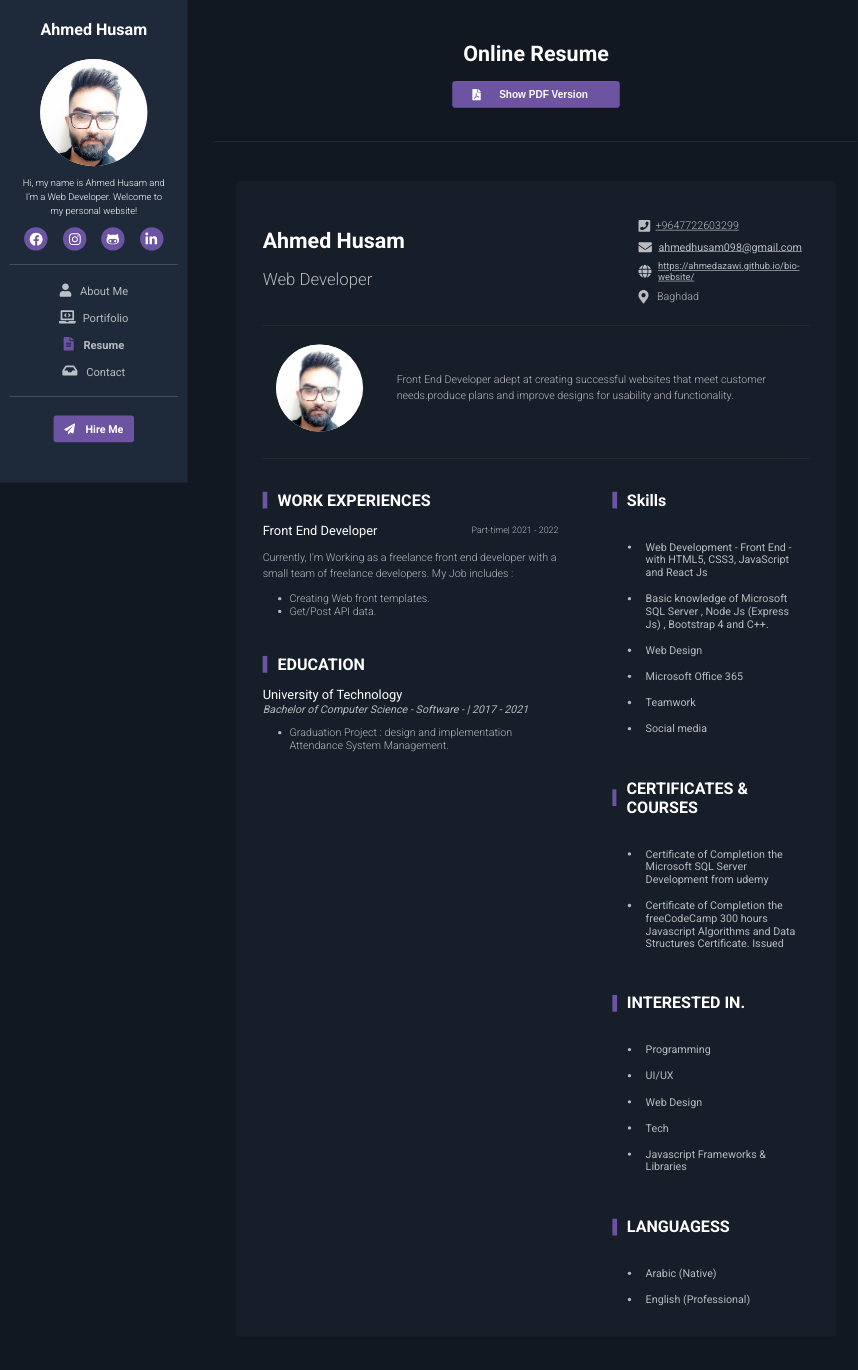
Repository: ahmedazawi/bio-website
Page: /bio-website/resume
An editor plug-in stored every save of this project. The page is shown before and after the next save, followed by the edit.
The browser window is 1280 px wide. The pictures show the whole page, at 67% of full size.
The project was rebuilt for these pictures with package versions that can differ from the ones it lists, and the page was loaded fresh each time. Also part of the build but not shown: src/assets/css/routes-files/about-me.css, src/components/home/Head.js, src/assets/css/routes-files/cards.css, src/components/home/Card.js, src/components/home/Cards.js, src/components/home/PojectsCard.js, src/components/home/Projects.js, src/views/AboutMe.js and 2 more.

Above is the page before, as saved 2022-08-05 11:34:12.

### public/index.html
<!DOCTYPE html>
<html lang="en">

<head>
  <meta charset="utf-8" />
  <link rel="icon" href="%PUBLIC_URL%/favicon.ico" />
  <!-- <meta name="viewport" content="width=device-width, initial-scale=1" /> -->
  <meta name="viewport" content="width=device-width">
  <meta name="theme-color" content="#000000" />
  <meta name="description" content="Web site created using create-react-app" />
  <link href="https://fonts.googleapis.com/css?family=Roboto:300,400,500,700" rel="stylesheet">
  <!--
      manifest.json provides metadata used when your web app is installed on a
      user's mobile device or desktop. See https://developers.google.com/web/fundamentals/web-app-manifest/
    -->
  <link rel="manifest" href="%PUBLIC_URL%/manifest.json" />
  <!--
      Notice the use of %PUBLIC_URL% in the tags above.
      It will be replaced with the URL of the `public` folder during the build.
      Only files inside the `public` folder can be referenced from the HTML.

      Unlike "/favicon.ico" or "favicon.ico", "%PUBLIC_URL%/favicon.ico" will
      work correctly both with client-side routing and a non-root public URL.
      Learn how to configure a non-root public URL by running `npm run build`.
    -->

  <title>Bio</title>
</head>

<body>
  <noscript>You need to enable JavaScript to run this app.</noscript>
  <div id="root"></div>
  <!--
      This HTML file is a template.
      If you open it directly in the browser, you will see an empty page.

      You can add webfonts, meta tags, or analytics to this file.
      The build step will place the bundled scripts into the <body> tag.

      To begin the development, run `npm start` or `yarn start`.
      To create a production bundle, use `npm run build` or `yarn build`.
    -->

</body>

</html>

### src/App.js
import "./assets/css/App.css";
import Sidebar from "./components/Sidebar";
import AboutMe from "./views/AboutMe";
import Resume from "./views/Resume";
import Portifolio from "./views/Portifolio";
import Contact from "./views/Contact";
import { BrowserRouter, Switch, Route } from "react-router-dom";

function App() {
  return (
    <div className="app">
      <BrowserRouter basename="/bio-website">
        <Sidebar />
        <div className="side-line">
          <Switch>
            <Route exact path="/" component={AboutMe} />
            <Route path="/resume" component={Resume} />
            <Route path="/portifolio" component={Portifolio} />
            <Route path="/contact" component={Contact} />
          </Switch>
        </div>
      </BrowserRouter>
    </div>
  );
}

export default App;

### src/assets/css/App.css
body {
  margin: 0;
  background: rgba(17, 24, 33);
  color: white;
  font-family: "Roboto";
  /* height: 100%; */
}
.app {
  display: flex;
  flex-direction: row;
  justify-content: flex-start;
}
.side-line {
  margin-left: 320px;
  width: 100%;
}
@media only screen and (max-width: 768px) {
  .app {
    flex-direction: column;
  }
  .side-line {
    margin-left: 0;
  }
}
.primary-btn {
  display: flex;
  flex-direction: row;
  border: none;
  color: rgba(255, 255, 255);
  cursor: pointer;
  width: 180px;
  height: 40px;
  background-color: rgb(108, 84, 162);
  justify-content: center;
  align-items: center;
  border-radius: 5px;
  font-weight: 300;
  transition: all 0.5s;
}
.primary-btn > span {
  margin-left: 10px;
  font-weight: bold;
  font-style: normal;
  font-size: 15px;
}
.primary-btn:hover {
  background-color: rgba(108, 84, 162, 0.8);
  transition: all 0.5s;
}
.secondary-btn {
  display: flex;
  flex-direction: row;
  border: none;
  color: rgba(255, 255, 255);
  cursor: pointer;
  width: 180px;
  height: 40px;
  background-color: rgb(48, 68, 91, 0.6);
  justify-content: center;
  align-items: center;
  border-radius: 5px;
  font-weight: 300;
  transition: all 0.5s;
}
.secondary-btn > span {
  margin-left: 10px;
  font-weight: bold;
  font-style: normal;
  font-size: 15px;
}
.secondary-btn:hover {
  background-color: rgb(48, 68, 91, 1);
  transition: all 0.5s;
}
/* ----------- portifolio & Contact page  ------------*/
.portifolio-header {
  display: flex;
  flex-direction: column;
  align-items: center;
  width: 100%;
}
.portifolio-header > h1 {
  margin-top: 60px;
}
.portifolio-header > p,
span {
  text-align: center;
  width: 70%;
  line-height: 1.5em;
  font-weight: lighter;
  color: rgb(184, 186, 189);
  margin: 0;
}
.portifolio-header > p > a {
  color: rgb(108, 84, 162);
  text-decoration: none;
  font-size: 18px;
}
.portifolio-header > p > a:hover {
  text-decoration: underline;
}
.portifolio-header .contact-icons {
  display: flex;
  flex-direction: row;
  flex-wrap: wrap;
  justify-content: space-between;
  width: 250px;
}
/* ----------------- */
/* ------------ resume page ------------ */
.resume {
  display: flex;
  flex-direction: column;
  align-items: center;
  justify-content: center;
  background-color: rgb(21, 30, 41);
  width: 85%;
  height: 100%;
  padding: 20px 40px;
  margin: 50px 0;
  border-radius: 5px;
}
.resume-head {
  display: flex;
  flex-direction: row;
  justify-content: flex-start;
  align-items: center;
  width: 100%;
}
.resume-head div:first-of-type {
  width: 80%;
}
.resume-head .resume-contact {
  margin-top: 25px;
  padding: 5px;
  display: flex;
  flex-direction: column;
  align-items: flex-start;
  color: rgb(185, 188, 191);
}

.resume-head .resume-contact > div {
  display: flex;
  flex-direction: row;
  align-items: center;
  padding: 5px 0;
  border-left: 1px solid rgb(30, 30, 43);
}
.resume-introduction {
  display: flex;
  flex-direction: row;
  align-items: center;
  padding: 20px;
}
.resume-intro-p {
  margin-left: 50px;
}
.resume-intro-p p {
  line-height: 1.5em;
  font-weight: lighter;
  color: rgb(184, 186, 189);
}

.resume-description {
  display: flex;
  flex-direction: row;
  justify-content: flex-start;
  width: 100%;
}

.resume-description p,
small {
  line-height: 1.5em;
  font-weight: lighter;
  color: rgb(184, 186, 189);
}
.resume-description big {
  color: white;
}
.resume-section-one {
  width: 60%;
  display: flex;
  flex-direction: column;
}
.resume-section-two {
  width: 40%;
  margin-left: 80px;
}
.resume-title {
  display: flex;
  flex-direction: row;
  align-items: center;
  margin-top: 20px;
}
.resume-title > div {
  width: 7px;
  height: 25px;
  background-color: rgb(108, 84, 162);
  margin-right: 15px;
}
.resume-inside-title {
  display: flex;
  flex-direction: row;
  align-items: center;
  justify-content: space-between;
}
.section-two-divs {
  display: flex;
  flex-direction: column;
  justify-content: flex-start;
  color: rgb(184, 186, 189);
}
.section-two-divs > ul > li {
  padding: 10px;
}
@media only screen and (max-width: 1060px) {
  .resume-description {
    flex-direction: column;
  }
  .resume-section-one {
    width: 100%;
    display: flex;
    flex-direction: column;
  }
  .resume-section-two {
    width: 100%;
    margin-left: 0;
  }
}
@media only screen and (max-width: 600px) {
  .resume {
    width: 70vw;
  }
  .resume-head {
    flex-direction: column;
    justify-content: center;
    align-items: flex-start;
    width: 100%;
  }
  .resume-introduction {
    flex-direction: column;
  }
  .resume-intro-p {
    margin-left: 0;
  }
  .resume-intro-p p {
    line-height: 1.5em;
    font-weight: lighter;
    color: rgb(184, 186, 189);
    text-align: center;
  }
}
@media only screen and (max-width: 300px) {
  .resume-contact > div {
    margin: 0;
    flex-wrap: wrap;
  }
  .resume-head {
    padding: 0;
  }
}

### src/views/Resume.js
import React from "react";
import Img from "../assets/images/20211023_173933.jpg";
import { FontAwesomeIcon } from "@fortawesome/react-fontawesome";
import {
  faFilePdf,
  faPhoneSquare,
  faEnvelope,
  faGlobe,
  faMapMarkerAlt,
} from "@fortawesome/free-solid-svg-icons";
const Resume = () => {
  return (
    <div
      style={{
        display: "flex",
        flexDirection: "column",
        alignItems: "center",
      }}
    >
      <div
        style={{
          display: "flex",
          flexDirection: "column",
          alignItems: "center",
          marginTop: "40px",
        }}
      >
        <h1>Online Resume</h1>
        <a
          href="https://drive.google.com/file/d/15pAaGeQzM7rIs7e_jr2EU6NALuMMxu7G/view?usp=sharing"
          style={{
            textDecoration: "none",
          }}
        >
          <button
            style={{ width: "250px", color: "white" }}
            className="primary-btn"
          >
            <FontAwesomeIcon icon={faFilePdf} size="lg" />
            <span style={{ color: "white" }}>Show PDF Version</span>
          </button>
        </a>
      </div>
      <hr
        style={{
          width: "100%",
          marginTop: "50px",
          border: "none",
          height: "1px",
          backgroundColor: "rgb(49, 48, 48)",
        }}
      />

      {/* -------------- */}
      <div className="resume">
        <div className="resume-head">
          <div>
            <h1>Ahmed Husam</h1>
            <span style={{ fontSize: "25px" }}>Web Developer</span>
          </div>
          <div className="resume-contact">
            <div>
              <FontAwesomeIcon icon={faPhoneSquare} size="lg" />
              <span style={{ textDecoration: "underline" }}>
                +9647722603299
              </span>
            </div>
            <div>
              <FontAwesomeIcon
                icon={faEnvelope}
                style={{ marginRight: "10px" }}
                size="lg"
              />
              <a
                href="mailto:ahmedhusam098@gmail.com"
                style={{ color: "rgb(184,186,189)" }}
              >
                ahmedhusam098@gmail.com
              </a>
            </div>
            <div>
              <FontAwesomeIcon
                icon={faGlobe}
                style={{ marginRight: "10px" }}
                size="lg"
              />
              <a
                href="https://ahmedazawi.github.io/bio-website/"
                style={{ color: "rgb(184,186,189)", fontSize: "14px" }}
              >
                https://ahmedazawi.github.io/bio-website/
              </a>
            </div>
            <div>
              <FontAwesomeIcon
                icon={faMapMarkerAlt}
                style={{ marginRight: "13px" }}
                size="lg"
              />
              <span style={{ color: "rgb(184,186,189)", marginLeft: "0" }}>
                Baghdad
              </span>
            </div>
          </div>
        </div>

        {/* -------- */}
        <hr
          style={{
            width: "100%",
            marginTop: "20px",
            border: "none",
            height: "1px",
            backgroundColor: "rgb(49, 48, 48)",
          }}
        />

        <div className="resume-introduction">
          <div>
            <div
              style={{ width: "130px", height: "130px" }}
              className="circle-img"
            >
              <img src={Img} alt="Portifolio-img" />
            </div>
          </div>
          <div className="resume-intro-p">
            <p>
              Front End Developer adept at creating successful websites that
              meet customer needs.produce plans and improve designs for
              usability and functionality.
            </p>
          </div>
        </div>
        <hr
          style={{
            width: "100%",
            marginTop: "20px",
            border: "none",
            height: "1px",
            backgroundColor: "rgb(49, 48, 48)",
          }}
        />

        <div className="resume-description">
          <div className="resume-section-one">
            <div className="resume-title">
              <div></div>
              <h2>WORK EXPERIENCES</h2>
            </div>
            <div>
              <div className="resume-inside-title">
                <big>Front End Developer</big>
                <small>Part-time| 2021 - 2022</small>
              </div>
              <p>
                Currently, I'm Working as a freelance front end developer with a
                small team of freelance developers. My Job includes :
              </p>
              <ul
                style={{
                  fontWeight: "lighter",
                  color: "rgb(184, 186, 189) ",
                }}
              >
                <li>Creating Web front templates.</li>
                <li>Get/Post API data.</li>
              </ul>
            </div>
            <div className="resume-title">
              <div></div>
              <h2>EDUCATION</h2>
            </div>
            <div>
              <big style={{ marginBottom: "20px" }}>
                University of Technology
              </big>
              <br />
              <i style={{ color: "rgb(184,186,189)" }}>
                Bachelor of Computer Science - Software - | 2017 - 2021
              </i>
              <ul
                style={{
                  fontWeight: "lighter",
                  color: "rgb(184, 186, 189) ",
                }}
              >
                <li>
                  Graduation Project : design and implementation Attendance
                  System Management.
                </li>
              </ul>
            </div>
          </div>

          <div className="resume-section-two">
            <div className="resume-title">
              <div></div>
              <h2>Skills</h2>
            </div>
            <div className="section-two-divs">
              <ul>
                <li>
                  Web Development - Front End - with HTML5, CSS3, JavaScript and
                  React Js
                </li>
                <li>
                  Basic knowledge of Microsoft SQL Server , Node Js (Express Js)
                  , Bootstrap 4 and C++.
                </li>
                <li>Web Design</li>
                <li>Microsoft Office 365</li>
                <li>Teamwork</li>
                <li>Social media</li>
              </ul>
            </div>
            <div className="resume-title">
              <div></div>
              <h2>CERTIFICATES & COURSES</h2>
            </div>
            <div className="section-two-divs">
              <ul>
                <li>
                  Certificate of Completion the Microsoft SQL Server Development
                  from udemy
                </li>
                <li>
                  Certificate of Completion the freeCodeCamp 300 hours
                  Javascript Algorithms and Data Structures Certificate. Issued
                </li>
              </ul>
            </div>
            <div className="resume-title">
              <div></div>
              <h2>INTERESTED IN.</h2>
            </div>
            <div className="section-two-divs">
              <ul>
                <li>Programming</li>
                <li>UI/UX</li>
                <li>Web Design</li>
                <li>Tech</li>
                <li>Javascript Frameworks & Libraries</li>
              </ul>
            </div>
            <div className="resume-title">
              <div></div>
              <h2>LANGUAGESS</h2>
            </div>
            <div className="section-two-divs">
              <ul>
                <li>Arabic (Native)</li>
                <li>English (Professional)</li>
              </ul>
            </div>
          </div>
        </div>
      </div>
    </div>
  );
};

export default Resume;

### src/assets/css/sidebar.css
.sidebar {
  display: flex;
  flex-direction: column;
  align-items: center;
  position: fixed;
  width: 280px;
  height: 100%;
  background-color: rgba(30, 42, 58);
}
.navbar {
  background-color: rgba(30, 42, 58);
  min-width: 100%;
  height: 50px;
  /* top: -100px; */
  display: none;
  justify-content: flex-end;
  align-items: center;
  z-index: 3;
}
.section-one {
  display: flex;
  flex-direction: column;
  align-items: center;
}

.circle-img {
  width: 160px;
  height: 160px;
  border-radius: 50%;
  overflow: hidden;
  background-color: white;
  /* border: 1px solid rgba(108, 84, 162); */
}
.circle-img > img {
  width: 90%;
}
.section-one > p {
  text-align: center;
  font-weight: lighter;
  line-height: 1.5;
  font-size: 14px;
  width: 80%;
}
.social-circles {
  display: flex;
  flex-direction: row;
  justify-content: space-evenly;
  width: 90%;
}
.social-circles > div {
  width: 35px;
  height: 35px;
  border-radius: 50%;
  overflow: hidden;
  background: rgb(108, 84, 162);
  display: flex;
  justify-content: center;
  align-items: center;
}

.section-two {
  display: flex;
  flex-direction: column;
  align-items: center;
  width: 200px;
  margin-top: 20px;
}
.section-nav-link {
  text-decoration: none;
  color: rgb(188, 192, 196);
  transition: all 0.3s;
  -webkit-transition: all 0.3s;
  -moz-transition: all 0.3s;
  -ms-transition: all 0.3s;
  -o-transition: all 0.3s;
  font-weight: 600;
}
.section-nav-link:hover {
  color: white;
  transition: all 0.3s;
  -webkit-transition: all 0.3s;
  -moz-transition: all 0.3s;
  -ms-transition: all 0.3s;
  -o-transition: all 0.3s;
}
.nav-link {
  display: flex;
  flex-direction: row;
  /* align-items: center; */
  width: auto;
  height: 40px;
  font-size: 20px;
  /* margin-left: 15px; */
}

.nav-link > small {
  margin-left: 10px;
}
.hamburger {
  display: none;
  margin-right: 30px;
}

.bar {
  display: block;
  width: 25px;
  height: 3px;
  margin: 5px auto;
  -webkit-transition: all 0.3s ease-in-out;
  -moz-transition: all 0.3s ease-in-out;
  -ms-transition: all 0.3s ease-in-out;
  -o-transition: all 0.3s ease-in-out;
  transition: all 0.3s ease-in-out;
  background-color: white;
}

.bar-active {
  /* top: 0; */
  display: flex;
}
@media only screen and (max-width: 768px) {
  .sidebar {
    position: absolute;
    opacity: 0;
    -webkit-opacity: 0;
    flex-direction: column;
    width: 100%;
    height: 100%;
    border-bottom-right-radius: 10px;
    border-bottom-left-radius: 10px;
    transition: all 0.6s;
    -webkit-transition: all 0.3s;
    -moz-transition: all 0.3s;
    -ms-transition: all 0.3s;
    -o-transition: all 0.3s;
    text-align: center;
    box-shadow: 0 10px 27px rgba(0, 0, 0, 0.05);
    overflow: scroll;
    z-index: 1;
  }
  .sidebar-2 {
    top: -100%;
  }
  .sidebar.active {
    top: 0;
    transition: all 0.5s;
    opacity: 1;
    -webkit-opacity: 1;
    height: 100%;
  }
  .sidebar.active-2 {
    position: relative;
  }
  .hamburger {
    display: block;
    cursor: pointer;
  }

  .hamburger.active .bar:nth-child(2) {
    opacity: 0;
    -webkit-opacity: 0;
  }

  .hamburger.active .bar:nth-child(1) {
    transform: translateY(8px) rotate(45deg);
  }

  .hamburger.active .bar:nth-child(3) {
    transform: translateY(-8px) rotate(-45deg);
  }
  .navbar {
    display: flex;
    width: 100%;
  }
}

Loaded but not shown: src/index.js (common file); src/components/Sidebar.js (254 lines, source omitted)

After the next save:
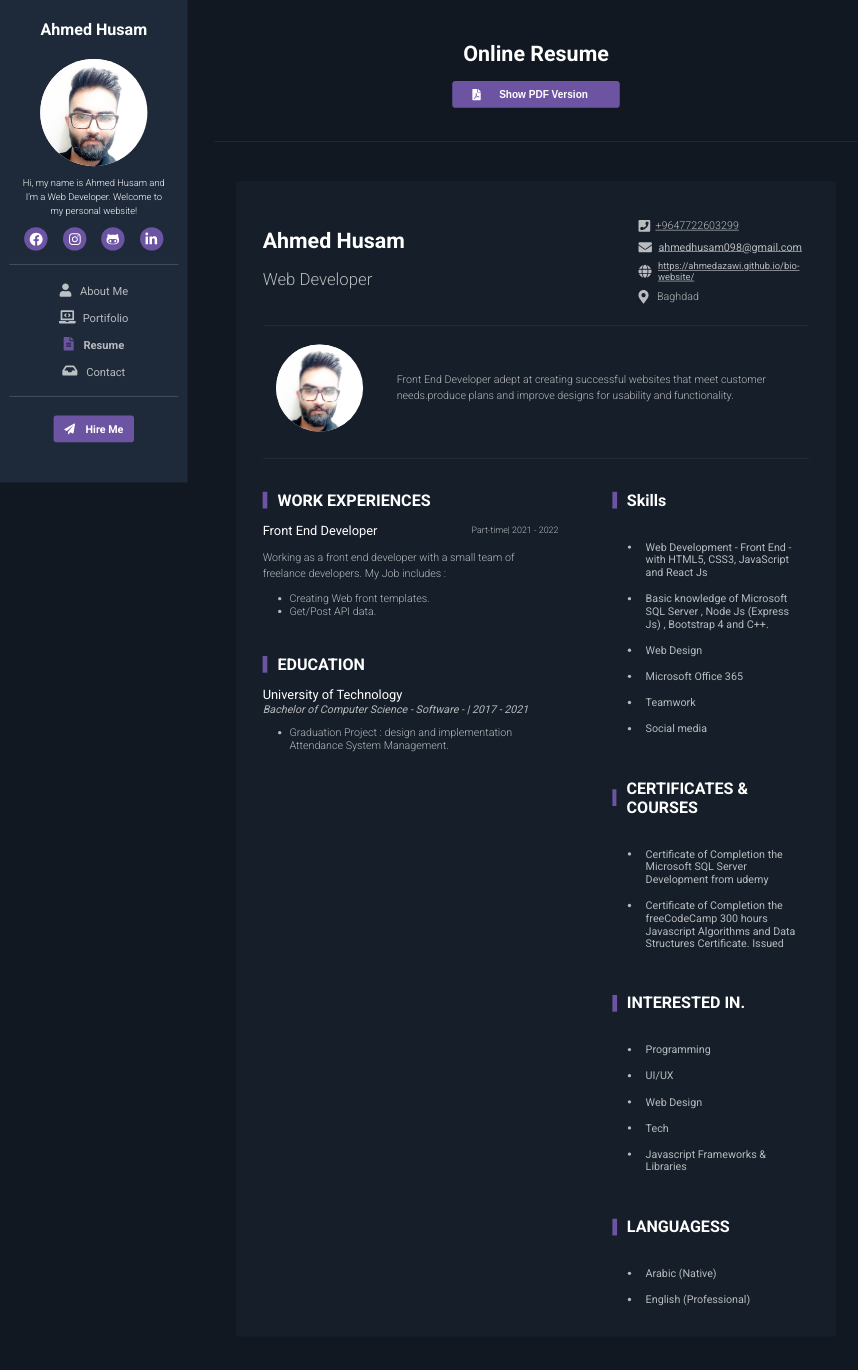
Saved 33 s later.
--- a/src/views/Resume.js
+++ b/src/views/Resume.js
@@ -154,8 +154,8 @@
                 <small>Part-time| 2021 - 2022</small>
               </div>
               <p>
-                Currently, I'm Working as a freelance front end developer with a
-                small team of freelance developers. My Job includes :
+                Working as a front end developer with a small team of freelance
+                developers. My Job includes :
               </p>
               <ul
                 style={{
